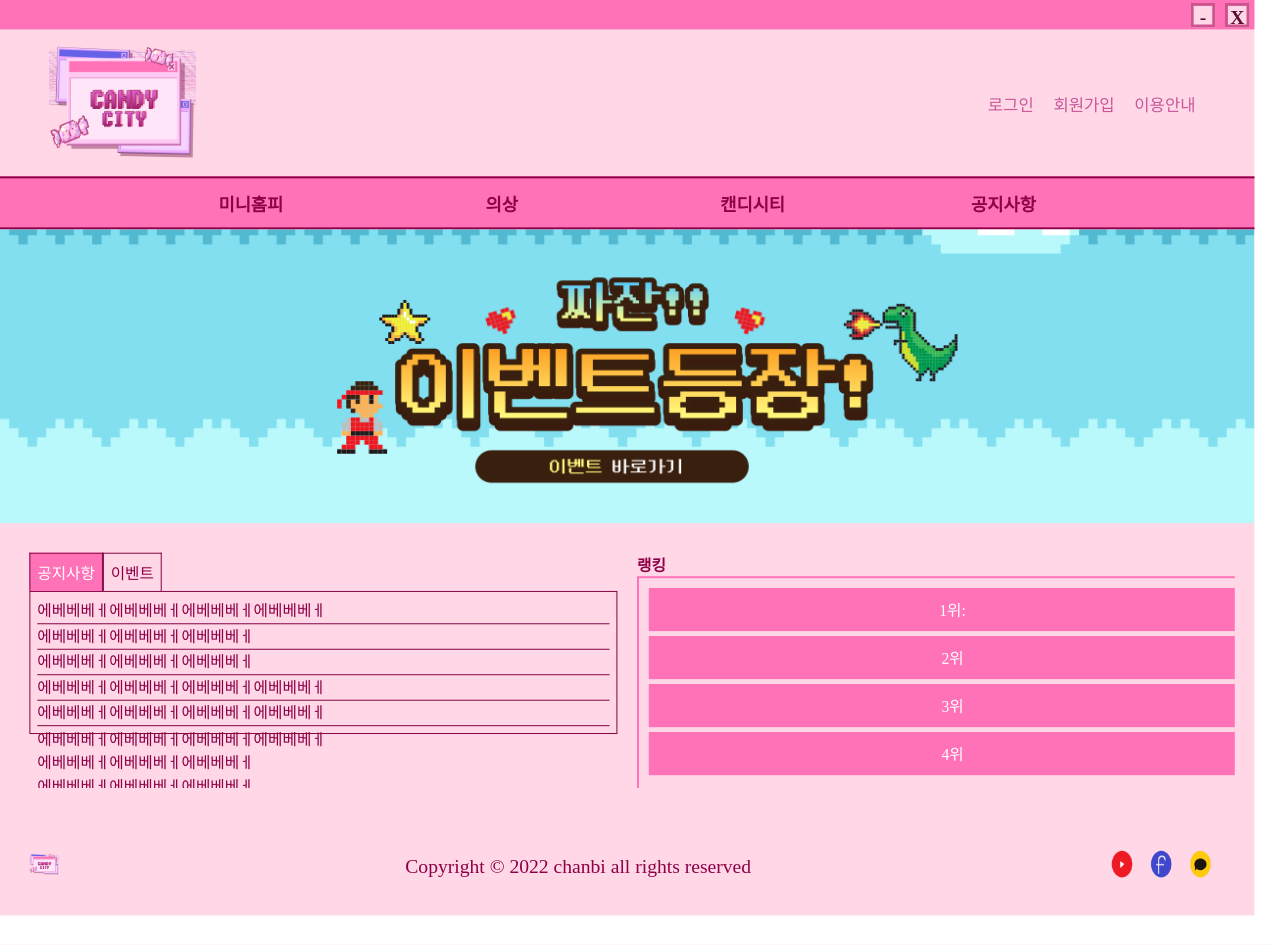
Repository: chanbiM/candyCityProject
Page: http://localhost/CandyCityProj/
These files come from the project's save history. The page is drawn as it stood at one moment and after the next save; the edit follows.
The browser window is 1280 px wide. The page is 1310 px wide, so the pictures cover 1310 px, including what lies to the right of the window. The pictures show the whole page, at 98% of full size.
Some web fonts or font styles are not loaded; a fallback is used. The page is served by Tomcat 9. Other server files are loaded and not shown.

Above is the page before, as saved 2022-11-18 03:23:59.

### CandyCityProj/WebContent/index.jsp
<%@ page language="java" contentType="text/html; charset=UTF-8"
	pageEncoding="UTF-8"%>
<%@ include file="header.jsp" %>
        <!-- 슬라이드 영역 -->
        <div id="slide">
            <ul>
                <li><a href="#"><img src="./images/slide1.png" alt="슬라이드1"></a></li>
                <li><a href="#"><img src="./images/slide2.png" alt="슬라이드2"></a></li>
            </ul>
        </div>
        <!-- 섹션영역 -->
        <section>

            <!-- 공지사항 / 갤러리 영역 -->
            <div id="content_container">
                <!-- 탭 요소들 -->
                <div class="tab">
                    <!-- 활성화돼있는 탭을 구분하기 위해 active 클래스 사용 -->
                    <!-- 기본적으로 활성화 돼있는 요소는 공지사항 -->
                    <div id="post_tab" class="active"><a href="#">공지사항</a></div>
                    <div id="event_tab"><a href="#">이벤트</a></div>
                </div>
                <!-- 내용 요소들 -->
                <div class="content">
                    <!-- 공지사항 -->
                    <div id="post">
                        <ul>
                            <!-- 첫번째 요소 클릭시 팝업 보이게 해야됨 -->
                            <li id="open_popup"><a href="#">에베베베ㅔ에베베베ㅔ에베베베ㅔ에베베베ㅔ</a></li>
                            <li><a href="#">에베베베ㅔ에베베베ㅔ에베베베ㅔ</a></li>
                            <li><a href="#">에베베베ㅔ에베베베ㅔ에베베베ㅔ</a></li>
                            <li><a href="#">에베베베ㅔ에베베베ㅔ에베베베ㅔ에베베베ㅔ</a></li>
                            <li><a href="#">에베베베ㅔ에베베베ㅔ에베베베ㅔ에베베베ㅔ</a></li>
                        </ul>
                    </div>
                    <!-- 갤러리 -->
                    <div id="event">
                        <ul>
                            <li id="open_popup"><a href="#">에베베베ㅔ에베베베ㅔ에베베베ㅔ에베베베ㅔ</a></li>
                            <li><a href="#">에베베베ㅔ에베베베ㅔ에베베베ㅔ</a></li>
                            <li><a href="#">에베베베ㅔ에베베베ㅔ에베베베ㅔ</a></li>
                            <li><a href="#">에베베베ㅔ에베베베ㅔ에베베베ㅔ에베베베ㅔ</a></li>
                            <li><a href="#">에베베베ㅔ에베베베ㅔ에베베베ㅔ에베베베ㅔ</a></li>
                        </ul>
                    </div>
                </div>
            </div>
            <div id="link_container">
           		 <h4>랭킹</h4>
                <ul>
                    <li><a href="/GetHomepi?id=chanbi">1위:</a></li>
                    <li><a href="#">2위 </a></li>
                    <li><a href="#">3위 </a></li>
                    <li><a href="#">4위 </a></li>
                </ul>
            </div>
        </section>
<%@ include file="footer.jsp" %>

### CandyCityProj/WebContent/header.jsp
<%@page import="vo.MemberVO"%>
<%@ page language="java" contentType="text/html; charset=UTF-8"
	pageEncoding="UTF-8"%>
<!DOCTYPE html>
<html>
<head>
<meta charset="UTF-8">
<title>Candy City</title>
<link rel="stylesheet" href="/css/mainStyle.css">
<script src="/js/jquery-3.1.1.min.js"></script>
</head>
<body>
	<div class="wrapper">
		<!-- 창 바 -->
		<div class="window">
			<button class="widow_btn" id="-_btn">-</button>
			<button class="widow_btn" id="x_btn">X</button>
		</div>

		<header>
			<!-- 로고 -->
			<div class="logo">
				<a href="/index.jsp"><img alt="로고" src="/images/logo.png"></a>
			</div>

			<!-- 기타 메뉴바 -->
			<div class="minimenu">

				<ul>
					<%
						MemberVO vo = (MemberVO) session.getAttribute("loginOK");
						if (vo == null) {
					%>
					<li><a href="/member/login.jsp">로그인</a></li>
					<li><a href="/member/insertMember.jsp">회원가입</a></li>
					<li><a href="#">이용안내</a></li>
					<%
						} else {
					%>
					<li><a href="#"><%=vo.getName()%>님</a></li>
					<li><a href="/logout"> 로그아웃 </a></li>
					<li><a href="#">마이페이지</a></li>
					<li><a href="#">이용안내</a></li>

					<%
						}
					%>
				</ul>

			</div>
		</header>

		<!-- 메뉴바 -->
		<nav>
			<ul class="mainmenu">
				<li><a href="/homepi/mini_homeList.jsp">미니홈피</a>
					<ul class="submenu">
					<%
						if (vo == null) {
					%>
						<li><a href="/member/login.jsp">내 미니홈피</a></li>
						<li><a href="/homepi/mini_homeList.jsp">미니홈피 목록</a></li>
					<%
						} else {
					%>

						<li><a href="/GetHomepi?id=<%= vo.getId() %>">내 미니홈피</a></li>
						<li><a href="/homepi/mini_homeList.jsp">미니홈피 목록</a></li>
					<%
						}
					%>
					</ul></li>

				<li><a href="/character/shop.jsp">의상</a>
					<ul class="submenu">
						<li><a href="/character/character_setting.jsp">내 의상</a></li>
						<li><a href="/character/shop.jsp">의상 상점</a></li>
					</ul></li>

				<li><a href="#">캔디시티</a>
					<ul class="submenu">
					</ul></li>

				<li><a href="#">공지사항</a>
					<ul class="submenu">
						<li><a href="#">이벤트</a></li>
						<li><a href="#">공지사항</a></li>
						<li><a href="#">당첨자 발표</a></li>
					</ul></li>

				<%
					MemberVO adminVo = (MemberVO) session.getAttribute("manager");
					if (adminVo != null) {
				%>
				<li><a href="/member/memberList_admin.jsp">관리자용 메뉴</a>
					<ul class="submenu">
						<li><a href="#">유저 리스트</a></li>
						<li><a href="#">문의글 확인</a></li>
						<li><a href="#">신고글 확인</a></li>
						<li><a href="#">공지사항/이벤트 작성</a></li>
						<li><a href="#">우편 보내기</a></li>
					</ul></li>
			<%
				}
			%>
			</ul>

		</nav>

### CandyCityProj/WebContent/footer.jsp
<%@ page language="java" contentType="text/html; charset=UTF-8"
    pageEncoding="UTF-8"%>
        <!-- 푸터 영역 -->
        <footer>
            <!-- 하단로고 -->
            <div>
                <a href="#" class="logo">
                    <img src="/images/logo.png" alt="로고">
                </a>
            </div>
            <!-- 카피라이트 -->
            <div class="copyright">
                <p> Copyright &copy; 2022 chanbi all rights reserved</p>
            </div>
            <!-- SNS -->
            <div>
                <ul class="sns">
                    <li><a href="#"><img src="/images/youtube.png" alt="유튜브" height="40"></a></li>
                    <li><a href="#"><img src="/images/facebook.png" alt="페이스북" height="40"></a></li>
                    <li><a href="#"><img src="/images/kakao.png" alt="카카오톡" height="40"></a></li>
                </ul>
            </div>
        </footer>
    </div>
	<script src="/js/script.js"></script>
</body>
</html>

### CandyCityProj/WebContent/css/mainStyle.css
@font-face {
    font-family: 'DungGeunMo';
    src: url('https://cdn.jsdelivr.net/gh/projectnoonnu/noonfonts_six@1.2/DungGeunMo.woff') format('woff');
    font-weight: normal;
    font-style: normal;
}
* {
    margin: 0;
    padding: 0;
    list-style: none;
    text-decoration: none;
    color: rgb(19, 0, 1);
    font-family: 'DungGeunMo';
    color: #8e0047;
}

.wrapper {
    width: 1280px;
    margin: 0 auto;
    background-color: rgb(255, 215, 230);
}

.window {
    width: 100%;
    height: 30px;
    display: flex;
    justify-content: flex-end;
    background-color: #FF72B7;
    align-items: center;
}
.widow_btn {
    width: 25px;
    height: 25px;
    margin: 5px;
    color: #580e32;
    font-weight: bold;
    font-size: 20px;
    background-color: rgb(255, 215, 230);
    border: 3px solid #ce528e;
}

.widow_btn:hover {
    background-color: rgb(203, 164, 178);
    border: 3px solid #953c67;
    cursor: pointer;
    text-align: center;
}

.logo > a {
    display: flex;
}

.logo > a > img {
    width: 150px;
    height: 120px;
    margin: 50px;
    margin-top: 15px;
}

header {
    width: 100%;
    height: 150px;
    display: flex;
    justify-content: space-between;
}

.minimenu {
    width: 1000px;
    display: flex;
    font-size: 17px;
    align-items: center;
    margin-right: 50px;
    justify-content: flex-end;
}

.minimenu ul{
    display: flex;
}

.minimenu ul li {
    margin: 10px;
}

.minimenu ul li:hover {
    font-weight: bold;
}

/*.minimenu ul {
    width: 100%;
    display: flex;
    justify-content: space-evenly;
}*/

.minimenu ul li a{
	color: #c95899;
}

.mainmenu {
    /* 메뉴 요소 4개 가로정렬 */
    width: 1280px;
    display: flex;

    /* 중앙정렬 */
    text-align: center;
    align-items: center;
    justify-content: center;

    background-color: #FF72B7;
    border-top: 2px #8e0047 solid;
    border-bottom: 2px #8e0047 solid;
    position:relative;

}

.mainmenu li {
    width: 20%;
    height: 50px;
}

.mainmenu a {
    display: flex;
    justify-content: center;
    align-items: center;
    width: 100%;
    height: 100%;
    font-size: 18px;
    font-weight: 600;

    /* 하이라이팅 줄때 애니메이션을 줄 시간과 속성들 */
    transition: background-color 1s, color 1s;
}
/* :hover -> 마우스를 위에 올려 놓을때 적용할 스타일*/
.mainmenu a:hover {
    background-color: #aa4a78;
    color: white;
}


.mainmenu .submenu {
    /* 부모의 면적 + 다른 요소에 영향을 주지 않음 -> 다른 요소에 독립적*/
    position: absolute;
    /* 맨 앞으로 가져오기*/
    z-index: 100;
	width: 20%;

    background-color: #FF72B7;
    color: white;

    /* 기본적으로는 가려짐. 나중에 js로 호버될때 해제되도록 해줄 것 */
    display: none;
}

.submenu li {
    width: 100%;
}
.submenu a:hover {
    background-color: rgb(254, 207, 228);
    color: rgb(70, 19, 30);
}

#slide {
    width: 100%;
    height: 300px;
    position: relative;
    overflow: hidden;
}
#slide>ul>li>a>img {
    position: absolute;
    width: 100%;
    top: 0;
    left: -100%;
    opacity: 0;
}

#slide >ul>li>a>img:first-child {
    left: 0;
    opacity: 1;
}

#slide ul {
    /* 다른 요소에 관여받지 않고 #slide 기준으로 움직이도록*/
    position: absolute;
    top: 0;
    left: 0;

    width: 100%;


}

/* 섹션 */

section {
    display: flex;
    height: 250px;
    overflow: hidden;
    margin: 20px;
}

section > div {
    flex: 1;
    max-width: 50%;

    padding: 10px;
}

/* 컨텐츠 탭 */
.tab {
    display: flex;
}

/* 활성화 된 탭 추가 효과 */
.tab .active {
    background-color: #FF72B7;
}
.tab .active a{
    color: white;
}


.tab div {
    padding: 7px;
    border: 1px solid #800040;
    /* content, tab이 보더가 곂치므로 한쪽 없애주기 */
    border-bottom: none;
}

#content_container .content {
    padding: 7px;
    border: 1px solid #800040;

    /* 일정 크기 이상으로 글자가 나오는걸 방지 */
    max-width: 600px;
    height: 130px;
}

/* 각 요소들의 글자가 넘쳐날 경우 .... 처리*/
#post li {
    overflow: hidden;
    text-overflow:ellipsis;
    white-space: nowrap;
    line-height: 25px;


    border-bottom: 1px solid #800040;
}

/* 갤러리 */
/* 기본적으로 활성화 된게 공지사항이므로 갤러리 컨텐츠는 가리기 */
#gallary {
    display: none;
}

#gallary ul {
    display: flex;
    justify-content: space-between;

}

#gallary img{
    width: 100px;
}

#link_container ul, #link_container li{
    width: 100%;
}

#link_container ul {
	border: 2px solid #FF72B7;

	padding: 10px;
}
#link_container li {
    /* 버튼별 간격 */
    margin-bottom: 5px;

    /* 버튼 내부 간격 */
    padding: 10px;
    text-align: center;
    background-color: #FF72B7;
}

#link_container a {
    color: white;
}

/* 푸터 */

footer {
    /* 가로 정렬 */
    display: flex;

    /* 3가지 요소들 가로 간격 */
    justify-content: space-between;
    /* 세로 중앙 정렬*/
    align-items: center;

    width: 100%;
    height: 100px;
    margin: 30px;
}

.sns {
    display: flex;
    margin-right: 70px;
}

/* sns 아이콘별 간격 */
.sns li {
    margin-left: 10px;
}

footer img {
    width: 30px;
}

/* 팝업의 배경 */
#popup_back {
    /* 기본적으로 가려짐 */
    display: none;

    /* 사이트 내용의 면적을 무시하고 배치*/
    position: absolute;
    top: 0;
    left: 0;

    /* 창 전체 가로 세로 채우기*/
    width: 100%;
    height: 100%;

    /* 검정색 배경(0,0,0,)에서 0.8로 투명도 설정*/
    background: rgba(0,0,0,0.8);
}

/* 팝업 본체 */
#popup{
    position: relative;

    /* 팝업 창의 가로 세로*/
    width:400px;
    height:200px;

    /* 배경 면적의 top 50%, left 50% 위치로 이동 */
    top:50%;
    left:50%;
    /* 중앙 배치를 위해 팝업의 가로 세로의 절반 크기 만큼 옮기기*/
    margin-top: -100px;
    margin-left:-200px;

    background:#fff;
    padding: 20px;
}
/* 팝업 버튼 */
#popup_close {
    position: absolute;
    padding: 5px;

    /* 팝업의 아래쪽부터 20px, 오른쪽으로부터 20px */
    right: 20px;
    bottom: 20px;
}

.copyright {
	font-size: 20px;
}

### CandyCityProj/WebContent/js/script.js
var slide = $("#slide>ul>li>a>img");
var sno = 0;
var eno = slide.length - 1;

var timer = setInterval("autoslide()", 3000);

function autoslide() {
    $(slide[sno]).stop().animate({
      left: "100%", opacity: 0
    }, 1000, function() {
        $(this).css({left: "-100%"});
    });
    sno++;
    if(sno > eno){
        sno = 0;
    }
    $(slide[sno]).stop().animate({
        left: "0", opacity: 1
    }, 1000);
}

$(".slide").hover(
    function() {
        clearInterval(timer)
    },
    function(){
        timer=setInterval("autoslide()", 3000);
    }
);

/*
    탭 구현
*/

$("#post_tab").click(function(){
    $(".tab > div").removeClass("active")
    $("#post_tab").addClass("active")

    $("#event").hide();
    $("#post").show();
})

$("#event_tab").click(function(){
    $(".tab > div").removeClass("active")
    $("#event_tab").addClass("active")

    $("#post").hide();
    $("#event").show();
})

/*
    메뉴 관련 이벤트 설정
*/



$(".mainmenu > li").mouseover(function (){
     $(this).children(".submenu").stop().slideDown();
 })

$(".mainmenu > li").mouseleave(function (){ // 마우스가 떠나면
    $(".submenu").stop().slideUp(); // slideUp = 올라가는 애니메이션
})


// 비밀번호 변경 팝업
$(".open_popup").click(function(){
    $(".popup_back").show()
})

// 팝업의 '닫기' 버튼 클릭시
$(".popup_close").click(function(){
    $(".popup_back").hide()
})

//탈퇴 팝업
$(".open_popup_del").click(function(){
    $(".popup_back_del").show()
})

// 팝업의 '닫기' 버튼 클릭시
$(".popup_close").click(function(){
    $(".popup_back_del").hide()
})

Loaded but not shown: CandyCityProj/WebContent/js/jquery-3.1.1.min.js (library)

After the next save:
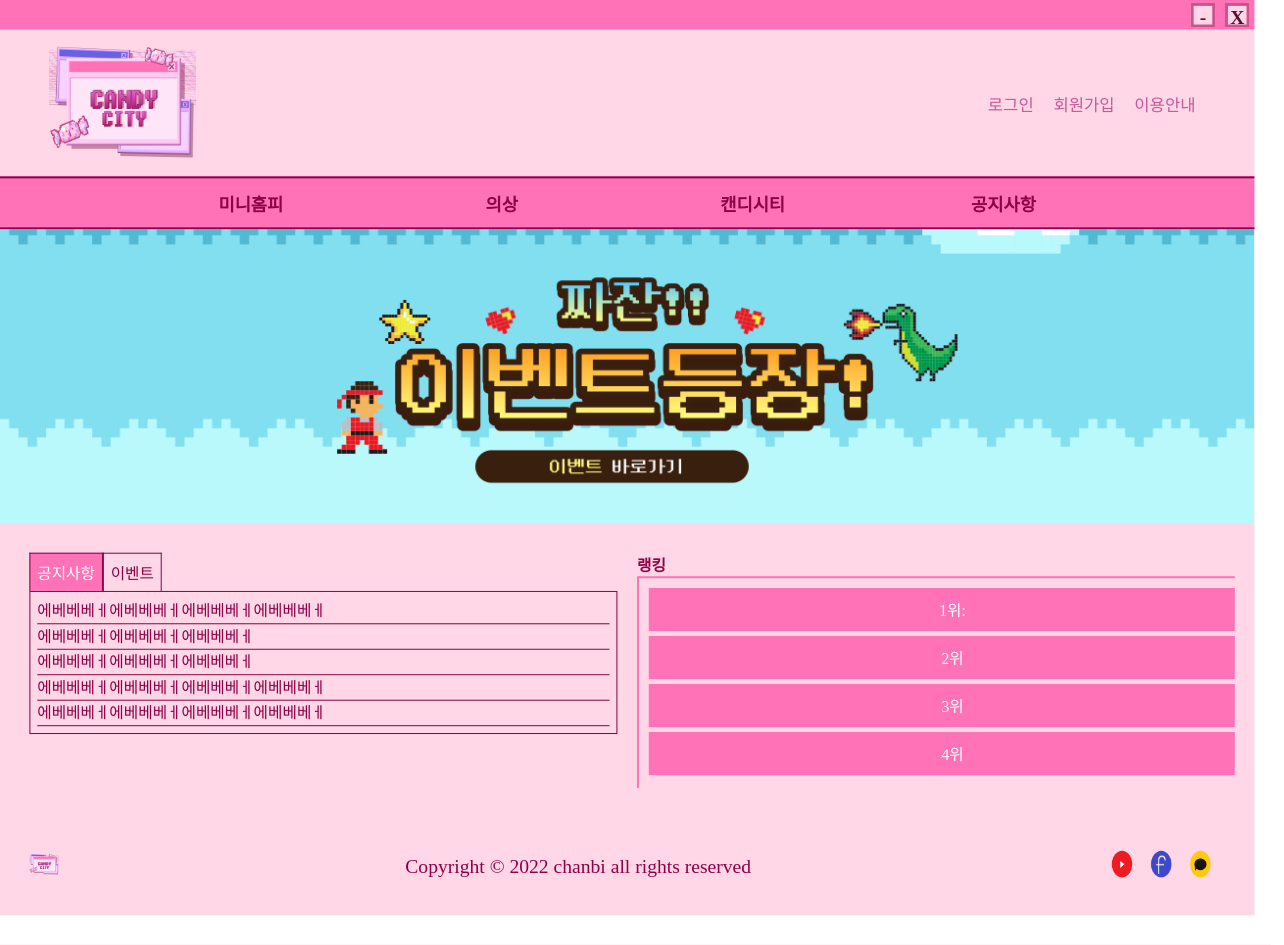
Saved 10 s later.
--- a/CandyCityProj/WebContent/index.jsp
+++ b/CandyCityProj/WebContent/index.jsp
@@ -18,7 +18,7 @@
                     <!-- 활성화돼있는 탭을 구분하기 위해 active 클래스 사용 -->
                     <!-- 기본적으로 활성화 돼있는 요소는 공지사항 -->
                     <div id="post_tab" class="active"><a href="#">공지사항</a></div>
-                    <div id="event_tab"><a href="#">이벤트</a></div>
+                    <div id="gallary_tab"><a href="#">이벤트</a></div>
                 </div>
                 <!-- 내용 요소들 -->
                 <div class="content">
@@ -34,7 +34,7 @@
                         </ul>
                     </div>
                     <!-- 갤러리 -->
-                    <div id="event">
+                    <div id="gallary">
                         <ul>
                             <li id="open_popup"><a href="#">에베베베ㅔ에베베베ㅔ에베베베ㅔ에베베베ㅔ</a></li>
                             <li><a href="#">에베베베ㅔ에베베베ㅔ에베베베ㅔ</a></li>

After the save that followed:
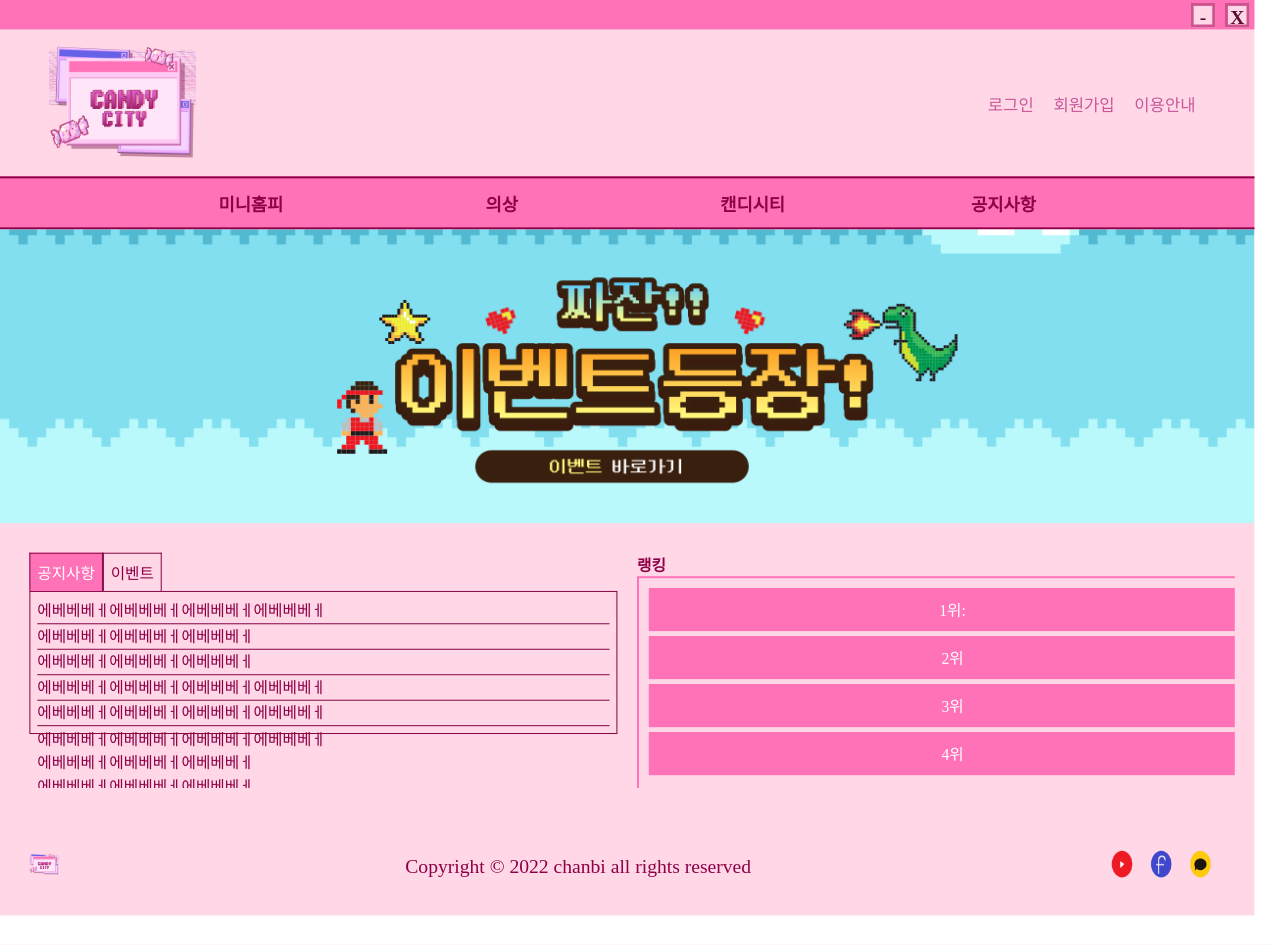
Saved 27 s later.
--- a/CandyCityProj/WebContent/index.jsp
+++ b/CandyCityProj/WebContent/index.jsp
@@ -18,7 +18,7 @@
                     <!-- 활성화돼있는 탭을 구분하기 위해 active 클래스 사용 -->
                     <!-- 기본적으로 활성화 돼있는 요소는 공지사항 -->
                     <div id="post_tab" class="active"><a href="#">공지사항</a></div>
-                    <div id="gallary_tab"><a href="#">이벤트</a></div>
+                    <div id=""event"_tab"><a href="#">이벤트</a></div>
                 </div>
                 <!-- 내용 요소들 -->
                 <div class="content">
@@ -34,7 +34,7 @@
                         </ul>
                     </div>
                     <!-- 갤러리 -->
-                    <div id="gallary">
+                    <div id="event">
                         <ul>
                             <li id="open_popup"><a href="#">에베베베ㅔ에베베베ㅔ에베베베ㅔ에베베베ㅔ</a></li>
                             <li><a href="#">에베베베ㅔ에베베베ㅔ에베베베ㅔ</a></li>
